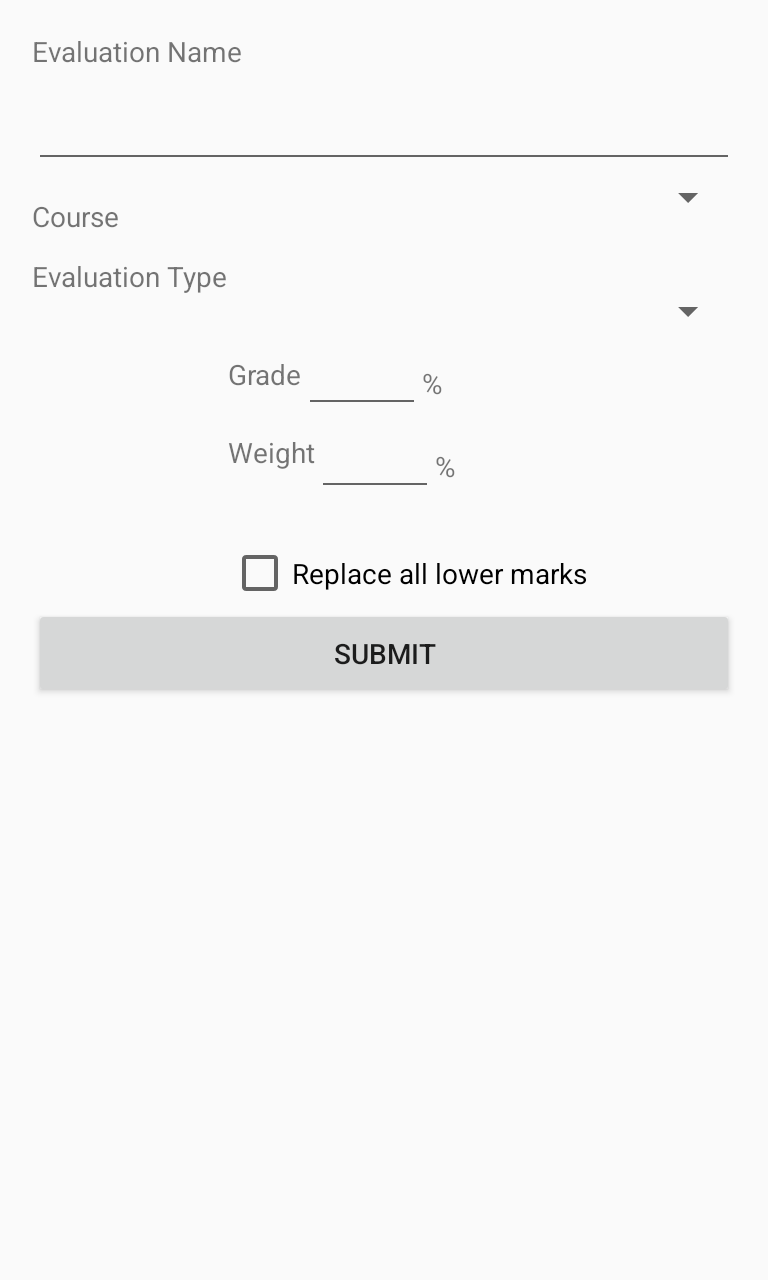
Repository: Tenergy05/GradePlanner
Layout: GradePlanner/res/layout/activity_add_mark.xml
The author's editor kept a copy of each file at every save. The layout is drawn from the files as they stood at one save, then again after the next save.
It is drawn on a 768 x 1280 px phone screen (xhdpi) without system bars, with theme AppTheme; the app's code is not run.

Above is the layout before, as saved 2014-12-30 21:54:44.

### GradePlanner/res/layout/activity_add_mark.xml
<RelativeLayout xmlns:android="http://schemas.android.com/apk/res/android"
    xmlns:tools="http://schemas.android.com/tools"
    android:layout_width="match_parent"
    android:layout_height="match_parent"
    android:paddingBottom="@dimen/activity_vertical_margin"
    android:paddingLeft="@dimen/activity_horizontal_margin"
    android:paddingRight="@dimen/activity_horizontal_margin"
    android:paddingTop="@dimen/activity_vertical_margin"
    tools:context="com.example.gradeplanner.AddMarkActivity" >

    <TextView
        android:id="@+id/textView1"
        android:layout_width="wrap_content"
        android:layout_height="wrap_content"
        android:text="@string/eval_name" />

    <EditText
        android:id="@+id/editText1"
        android:layout_width="wrap_content"
        android:layout_height="wrap_content"
        android:layout_alignLeft="@+id/textView1"
        android:layout_alignParentRight="true"
        android:layout_below="@+id/textView1"
        android:layout_marginTop="10dp"
        android:inputType="text"
        android:ems="10" />

    <TextView
        android:id="@+id/textView2"
        android:layout_width="wrap_content"
        android:layout_height="wrap_content"
        android:layout_alignLeft="@+id/editText1"
        android:layout_below="@+id/editText1"
        android:layout_marginTop="12dp"
        android:text="@string/course" />

    <Spinner
        android:id="@+id/spinner1"
        android:layout_width="wrap_content"
        android:layout_height="wrap_content"
        android:layout_alignRight="@+id/editText1"
        android:layout_below="@+id/editText1"
        android:layout_toRightOf="@+id/textView2" />

    <TextView
        android:id="@+id/textView3"
        android:layout_width="wrap_content"
        android:layout_height="wrap_content"
        android:layout_alignLeft="@+id/textView2"
        android:layout_below="@+id/spinner1"
        android:layout_marginTop="18dp"
        android:text="@string/eval_type" />

    <Spinner
        android:id="@+id/spinner2"
        android:layout_width="wrap_content"
        android:layout_height="wrap_content"
        android:layout_alignParentRight="true"
        android:layout_toRightOf="@+id/textView3"
        android:layout_alignBaseline="@+id/textView3" />

    <TextView
        android:id="@+id/textView4"
        android:layout_width="wrap_content"
        android:layout_height="wrap_content"
        android:layout_alignLeft="@+id/spinner2"
        android:layout_below="@+id/spinner2"
        android:layout_marginTop="10dp"
        android:text="@string/grade" />

    <EditText
        android:id="@+id/editText2"
        android:width="60dp"
        android:layout_width="wrap_content"
        android:layout_height="wrap_content"
        android:layout_toRightOf="@+id/textView4"
        android:layout_below="@+id/spinner2"
        android:ems="10"
        android:maxLength="3"
        android:inputType="number" />

    <TextView
        android:id="@+id/textView6"
        android:layout_width="wrap_content"
        android:layout_height="wrap_content"
        android:layout_alignBaseline="@+id/editText2"
        android:layout_alignBottom="@+id/editText2"
        android:layout_toRightOf="@+id/editText2"
        android:text="@string/percentage" />

    <TextView
        android:id="@+id/textView5"
        android:layout_width="wrap_content"
        android:layout_height="wrap_content"
        android:layout_alignLeft="@+id/textView4"
        android:layout_below="@+id/textView4"
        android:layout_marginTop="20dp"
        android:text="@string/weight" />

    <EditText
        android:id="@+id/editText3"
        android:layout_width="wrap_content"
        android:layout_height="wrap_content"
        android:layout_below="@+id/editText2"
        android:layout_toRightOf="@+id/textView5"
        android:width="60dp"
        android:maxLength="3"
        android:ems="10"
        android:inputType="number" />


    <TextView
        android:id="@+id/textView7"
        android:layout_width="wrap_content"
        android:layout_height="wrap_content"
        android:layout_alignBaseline="@+id/editText3"
        android:layout_alignBottom="@+id/editText3"
        android:layout_toRightOf="@+id/editText3"
        android:text="@string/percentage" />


    <CheckBox
        android:id="@+id/checkBox1"
        android:layout_width="wrap_content"
        android:layout_height="wrap_content"
        android:layout_alignLeft="@+id/textView5"
        android:layout_below="@+id/editText3"
        android:layout_marginTop="20dp"
        android:text="@string/special_type" />

    <Button
        android:id="@+id/button1"
        android:layout_width="wrap_content"
        android:layout_height="wrap_content"
        android:layout_alignParentLeft="true"
        android:layout_alignParentRight="true"
        android:layout_below="@+id/checkBox1"
        android:text="@string/submit" />


</RelativeLayout>

### GradePlanner/res/values/strings.xml
<?xml version="1.0" encoding="utf-8"?>
<resources>

    <string name="app_name">Grade Planner</string>
    <string name="add_course">Add Course</string>
    <string name="course">Course</string>
    <string name="grade">Grade</string>
    <string name="goal">Goal</string>
    <string name="weight">Weight</string>
    <string name="action_settings">Settings</string>
    <string name="title_activity_add_course">Add Course</string>
    <string name="course_code">Course Code</string>
    <string name="grade_goal">Course Goal</string>
    <string name="add_mark">Add Mark</string>
    <string name="percentage">%</string>
    <string name="submit">Submit</string>
    <string name="title_activity_add_mark">Add Mark</string>
    <string name="eval_name">Evaluation Name</string>
    <string name="eval_type">Evaluation Type</string>
    <string name="special_type">Replace all lower marks</string>

</resources>

Loaded but not shown: GradePlanner/res/values/styles.xml (common file); GradePlanner/res/values-v11/styles.xml (common file); GradePlanner/res/values-v14/styles.xml (common file); GradePlanner/res/values/dimens.xml (common file); GradePlanner/res/values-w820dp/dimens.xml (common file)

After the next save:
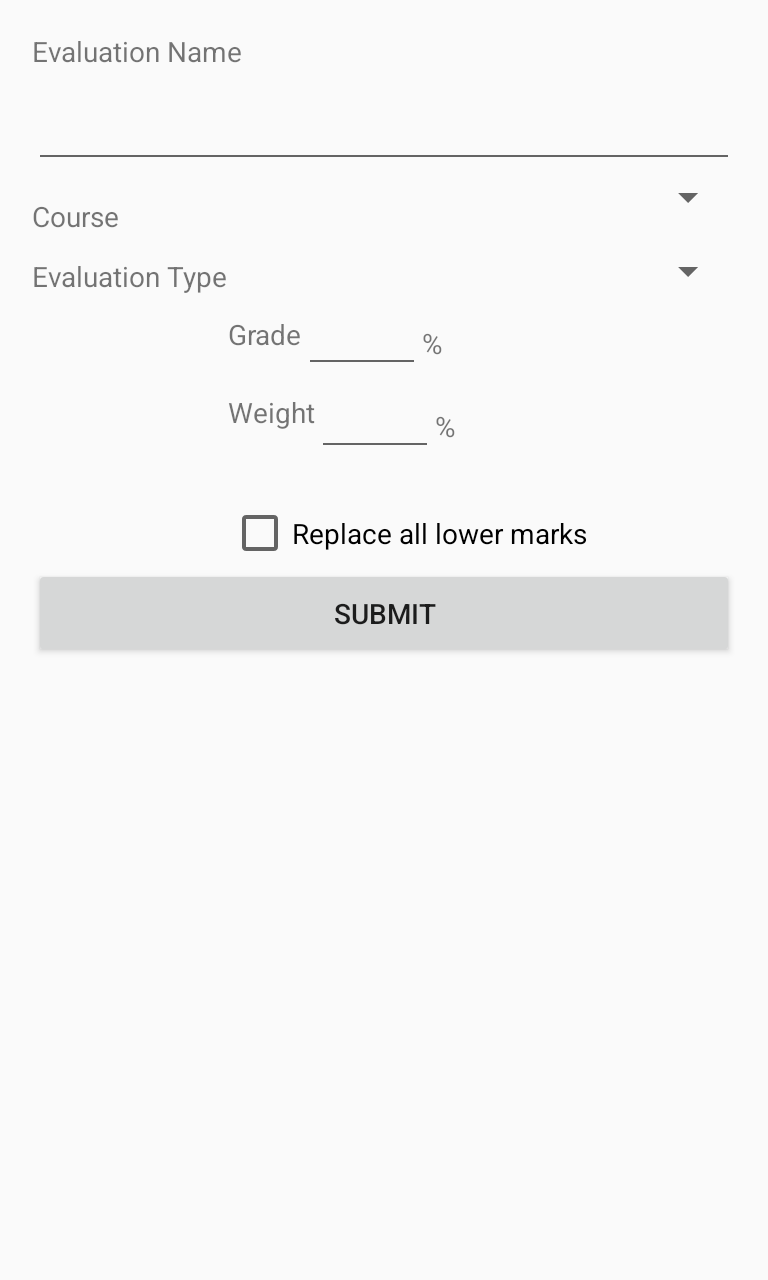
Saved 6 min 31 s later.
--- a/GradePlanner/res/layout/activity_add_mark.xml
+++ b/GradePlanner/res/layout/activity_add_mark.xml
@@ -57,7 +57,7 @@
         android:layout_height="wrap_content"
         android:layout_alignParentRight="true"
         android:layout_toRightOf="@+id/textView3"
-        android:layout_alignBaseline="@+id/textView3" />
+        android:layout_alignBottom="@+id/textView3" />
 
     <TextView
         android:id="@+id/textView4"

After the save that followed:
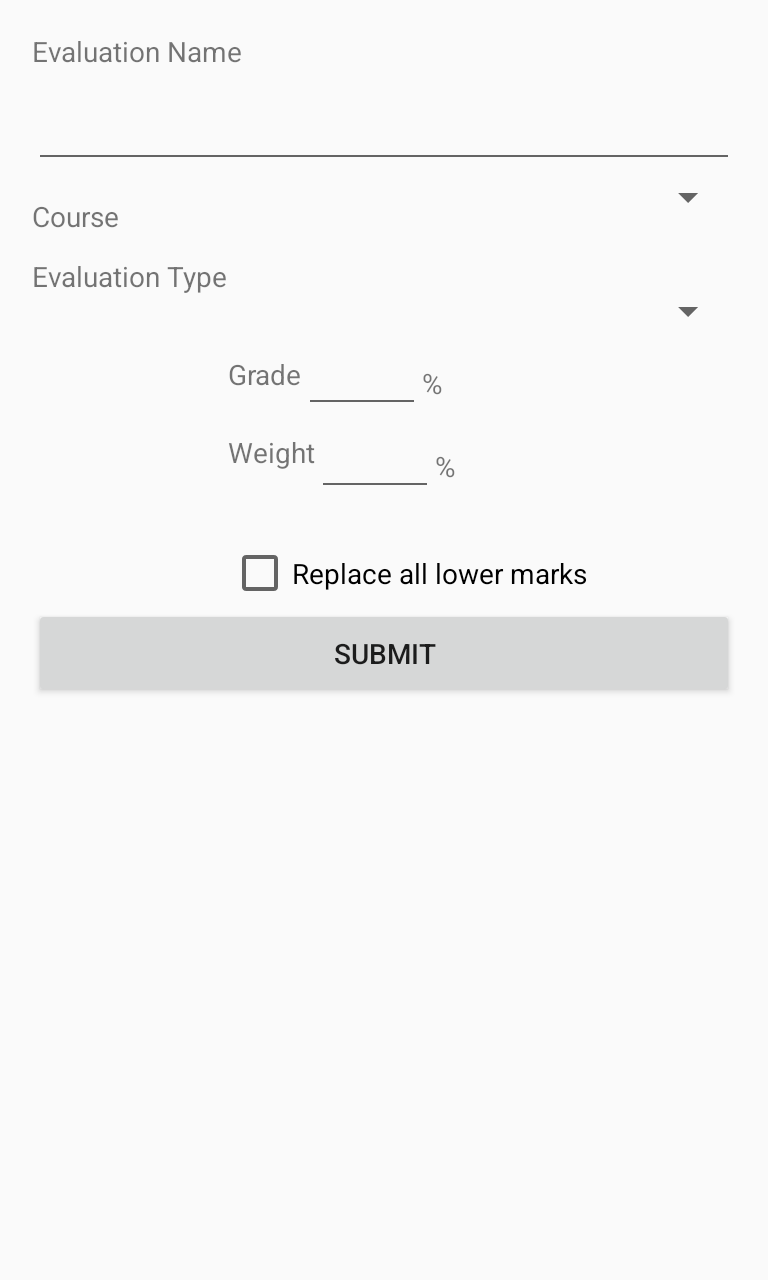
Saved 51 s later.
--- a/GradePlanner/res/layout/activity_add_mark.xml
+++ b/GradePlanner/res/layout/activity_add_mark.xml
@@ -57,7 +57,8 @@
         android:layout_height="wrap_content"
         android:layout_alignParentRight="true"
         android:layout_toRightOf="@+id/textView3"
-        android:layout_alignBottom="@+id/textView3" />
+        android:layout_alignBottom="@+id/textView3"
+        android:layout_alignBaseline="@+id/textView3"/>
 
     <TextView
         android:id="@+id/textView4"
